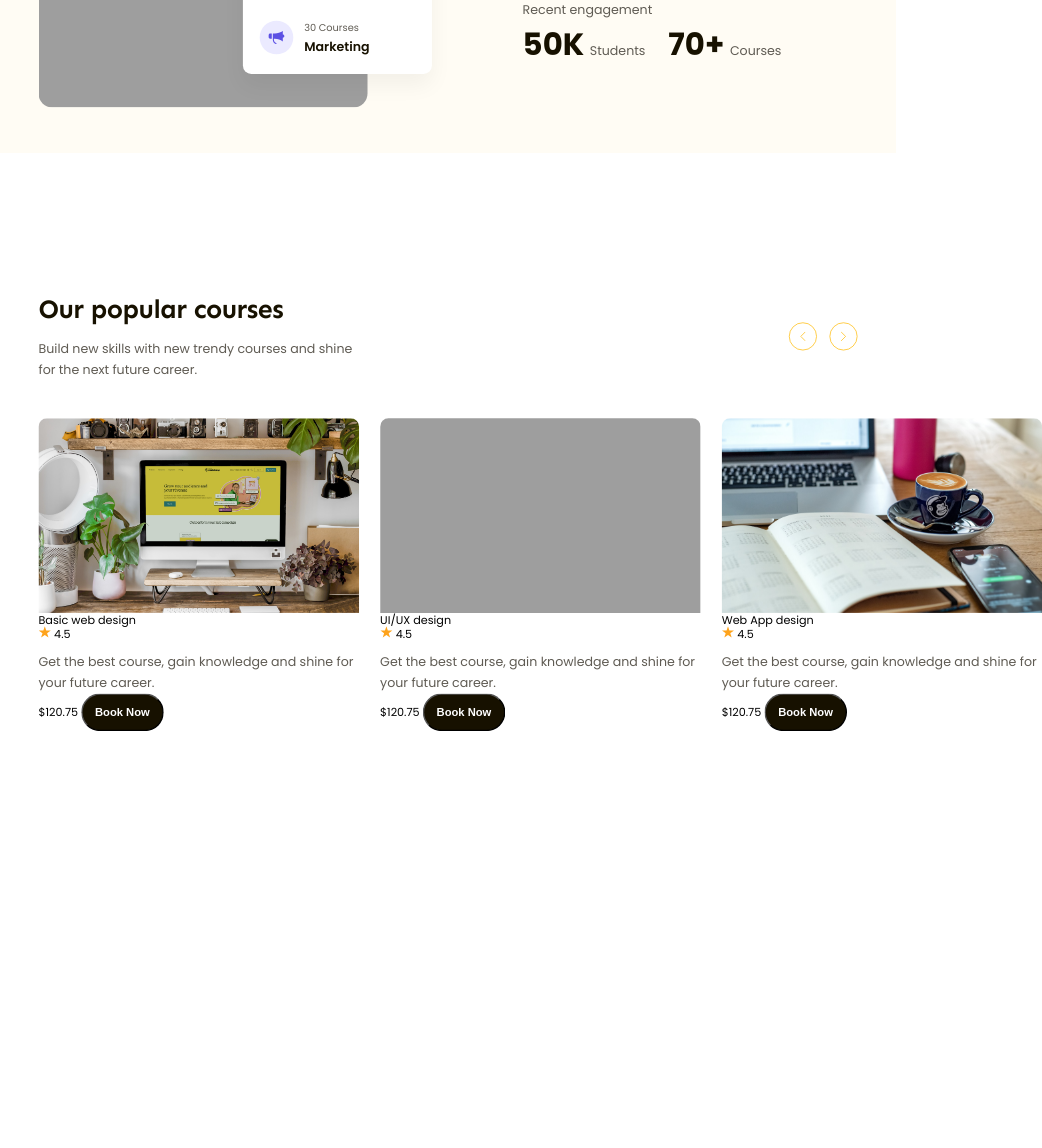
Repository: dovanlanh/f8-project-02
Page: index.html
These files come from the project's save history. The page is drawn as it stood at one moment and after the next save; the edit follows.
The browser window is 1280 px wide. The page is 1489 px wide, then 1429 px, then 1489 px, so the pictures cover 1489 px, including what lies to the right of the window. The pictures show the part of the page from y = 682 to 2322 px (the page is 10000 px tall), at 70% of full size.
Pictures or frames that could not be fetched are drawn as grey boxes.

Above is the page before, as saved 2023-02-05 17:31:38.

### index.html
<!DOCTYPE html>
<html lang="en">
<head>
    <meta charset="UTF-8">
    <meta http-equiv="X-UA-Compatible" content="IE=edge">
    <meta name="viewport" content="width=device-width, initial-scale=1.0">
    <title>F8 Project 02</title>
    <!-- reset css -->
    <link rel="stylesheet" href="./assets/css/reset.css">
    <!-- embed fonts -->
    <link rel="preconnect" href="https://fonts.googleapis.com">
    <link rel="preconnect" href="https://fonts.gstatic.com" crossorigin>
    <link href="https://fonts.googleapis.com/css2?family=Poppins:ital,wght@0,400;0,500;0,600;0,700;1,400&family=Sen:wght@700&display=swap" rel="stylesheet">
    <!-- style -->
    <link rel="stylesheet" href="./assets/css/styles.css">
</head>
<body>
    <main style=" height: 10000px">
        <!-- header  -->
        <header class="header fixed">
            <div class="main-content">
                    <div class="body">
                        <!-- logo -->
                        <img src="./assets/img/Lesson.svg" alt="Lesson" class="Logo">
                        <!-- nav -->
                        <nav class="nav">
                            <ul>
                                <li class="active">
                                    <a href="#!">Home</a>
                                </li>
                                <li>
                                    <a href="#!">Courses</a>
                                </li>
                                <li>
                                    <a href="#!">Pricing</a>
                                </li>
                                <li>
                                    <a href="#!">Reviews</a>
                                </li>
                            </ul>
                        </nav>
                        <!-- active -->
                        <div class="action">
                            <a href="#!" class="btn sign-up-btn">Sign Up</a>
                        </div>
                    </div>
            </div>
        </header>
        <!-- Hero -->
        <div class="hero">
            <div class="main-content">
                <div class="body">
                    <!-- Hero left -->
                    <div class="media-block">
                        <img src="./assets/img/guy-lesson.svg" alt="" class="img">
                        <div class="hero-summary">
                            <div class="item">
                                <div class="icon">
                                    <img src="./assets/img/list-icon1.svg" alt="">
                                </div>
                                <div class="info">
                                    <p class="label">20 Courses</p>
                                    <p class="tittle">UI/UX Design</p>
                                </div>
                            </div>
                            <div class="item">
                                <div class="icon">
                                    <img src="./assets/img/list-icon2.svg" alt="">
                                </div>
                                <div class="info">
                                    <p class="label">20 Courses</p>
                                    <p class="tittle">Development</p>
                                </div>
                            </div>
                            <div class="item">
                                <div class="icon">
                                    <img src="./assets/img/list-icon3.svg" alt="">
                                </div>
                                <div class="info">
                                    <p class="label">30 Courses</p>
                                    <p class="tittle">Marketing</p>
                                </div>
                            </div>
                        </div>
                    </div>
                    <!-- hero-right -->
                    <div class="content-block">
                        <h1 class="heading lv1">Learn without limits and spread knowledge.</h1>
                        <p class="desc">
                            Build new skills for that “this is my year” feeling with courses, certificates, and degrees from world-class universities and companies.
                        </p>
                            <div class="cta-group">
                                <a href="#!" class="btn hero-cta">See Courses</a>
                                <button class="watch-video">
                                    <div class="icon">
                                        <img src="./assets/img/icon-watch-video.svg" alt="">
                                    </div>
                                    <span>Watch Video</span>
                                </button>
                            </div>
                        <p class="desc">Recent engagement</p>
                        <div class="desc stats">
                            <strong>50K</strong>Students
                            <strong>70+</strong>Courses
                        </div>
                    </div>
                </div>
            </div>
        </div>
        <!-- Popular -->
        <div class="popular">
            <div class="main-content">
                <!-- popular top -->
                <div class="popular-top">
                    <div class="info">
                        <h2 class="heading lv2">Our popular courses</h2>
                        <p class="desc">Build new skills with new trendy courses and shine for the next future career.</p>
                    </div>
                    <div class="controls">
                        <button class="control-btn">
                            <svg width="8" height="14" viewBox="0 0 8 14" fill="none" xmlns="http://www.w3.org/2000/svg">
                                <path d="M7 1L1 7L7 13" stroke="currentColor" stroke-linecap="round" stroke-linejoin="round"/>
                            </svg>
                        </button>
                        <button class="control-btn">
                            <svg width="8" height="14" viewBox="0 0 8 14" fill="none" xmlns="http://www.w3.org/2000/svg">
                                <path d="M1 1L7 7L1 13" stroke="currentColor" stroke-linecap="round" stroke-linejoin="round"/>
                            </svg>
                        </button>
                    </div>
                </div>
                <!-- popular-bottom -->
                <div class="course-list">
                    <!-- course item 1 -->
                    <div class="course-item">
                        <img src="./assets/img/img-popular/course1.jpg" alt="Basic web design" class="thumb">
                        <div class="info">
                            <div class="head">
                                <h3 class="tittle">Basic web design</h3>
                                <div class="rating">
                                    <img src="./assets/img/Star.svg" alt="star" class="star">
                                    <span class="value">4.5</span>
                                </div>
                            </div>
                            <p class="desc">Get the best course, gain knowledge and shine for your future career.</p>
                            <div class="foot">
                                <span class="price">$120.75</span>
                                <button class="btn">Book Now</button>
                            </div>
                        </div>
                    </div>
                    <!-- course item 1 -->
                    <div class="course-item">
                        <img src="./assets/img/img-popular/course2.jpg" alt="UI/UX design" class="thumb">
                        <div class="info">
                            <div class="head">
                                <h3 class="tittle">UI/UX design</h3>
                                <div class="rating">
                                    <img src="./assets/img/Star.svg" alt="star" class="star">
                                    <span class="value">4.5</span>
                                </div>
                            </div>
                            <p class="desc">Get the best course, gain knowledge and shine for your future career.</p>
                            <div class="foot">
                                <span class="price">$120.75</span>
                                <button class="btn">Book Now</button>
                            </div>
                        </div>
                    </div>
                    <!-- course item 1 -->
                    <div class="course-item">
                        <img src="./assets/img/img-popular/course3.jpg" alt="Web App design" class="thumb">
                        <div class="info">
                            <div class="head">
                                <h3 class="tittle">Web App design</h3>
                                <div class="rating">
                                    <img src="./assets/img/Star.svg" alt="star" class="star">
                                    <span class="value">4.5</span>
                                </div>
                            </div>
                            <p class="desc">Get the best course, gain knowledge and shine for your future career.</p>
                            <div class="foot">
                                <span class="price">$120.75</span>
                                <button class="btn">Book Now</button>
                            </div>
                        </div>
                    </div>
                </div>
            </div>
        </div>

    </main>
</body>
</html>

### assets/css/styles.css
* {
    box-sizing: border-box;
}
:root {
    --font-heading: sen, sans-serif;
    --primary-color:#FFB900;
}
html,
body {
    scroll-behavior: smooth;
    font-size: 62.5%;
}

html {
    font-size: 62.5%;
}

body {
    font-size: 1.6rem;
    font-family: 'Poppins', sans-serif;
}

/* common */
.heading {
    font-family: var(--font-heading);
    font-weight: 700;
    letter-spacing: -0.02em;
    color: #171100;
}
a {
    text-decoration: none;
}
.main-content {
    width: 1170px;
    max-width: calc(100% - 48px);
    margin-left: auto;
    margin-right: auto;
}
.btn {
    min-width: 118px;
    display: inline-block;
    padding: 0 16px;
    align-items: center;
    line-height: 50px;
    font-weight: 600;
    font-size: 1.6rem;
    text-align: center;
    color: #FFFFFF;
    background: #171100;
    border-radius: 999px;
}
.btn:hover {
    opacity: 0.9;
}
/* header */
.header {
    background:#FFFCF4;
}
.header.fixed {
    position: sticky;
    top: -32px;
    z-index: 1;
}
.header .body {
    display: flex;
    align-items: center;
    padding: 36px 0 8px;
}
.nav ul {
    display: flex;
}

.nav {
    margin-left: auto;
}
.nav a {
    position: relative;
    padding: 8px 21px;
    font-weight: 400;
    font-size: 1.6rem;
    color: #5F5B53;
}
.nav a:hover,
.nav li.active a {
    text-shadow: 1px 0 0 currentColor;
    color: #171100;
}
.nav li.active a::after {
    left: 21px;
    bottom: 6px;
    display: block;
    content: "";
    position: absolute;
    width: 12px;
    height: 2px;
    background: #171100;
    border-radius: 1px;
}
.header .sign-up-btn {
    min-width: 144px;
}
.header .action {
    margin-left: 49px;
}

/* hero */
.hero {
    padding: 56px 0 65px;
    background:#FFFCF4;
}
.hero .body {
    display: flex;
}
/* hero left */
.hero .media-block {
    width: 48%;
    position: relative;
}

.hero .media-block .img {
    width: 470px;
    height: 685px;
    object-fit: cover;
    border-radius: 20px;
    display: block;
}
.hero .media-block .hero-summary {
    position: absolute;
    right: 0;
    bottom: 48px;
}
.hero .hero-summary {
    width: 270px;
    padding: 24px;
    background: #FFFFFF;
    box-shadow: 0px 16px 32px rgba(0, 0, 0, 0.05);
    border-radius: 12px;
}
.hero-summary .item {
    display: flex;
    align-items: center;
}
.hero-summary .icon {
    width: 48px;
    height: 48px;
    border-radius: 50%;
    display: flex;
    align-items: center;
    justify-content: center;
    background: #FFF9E8;
}
.hero-summary .info {
    margin-left: 16px;
}
.hero-summary .label {
    font-weight: 400;
    font-size: 1.4rem;
    line-height: 1.86;
    color: #5F5B53;
}
.hero-summary .tittle {
    font-weight: 600;
    font-size: 1.8rem;
    line-height: 1.67;
    color: #171100;
}
.hero-summary .item + .item {
    margin-top: 22px;
}
.hero-summary .item:nth-of-type(2) .icon {
    background: #FCEFFF;
}
.hero-summary .item:nth-of-type(3) .icon {
    background: #EBEAFF;
}
/* hero right */
.hero .content-block {
    width: 52%;
    padding: 64px 0 0 130px;
}
.hero .content-block .heading.lv1 {
    font-size: 5.8rem;
    line-height: 1.17;
}
.content-block .desc {
    margin-top: 22px;
    font-weight: 400;
    font-size: 1.8rem;
    line-height: 1.67;
    color: #5F5B53;
}
.content-block .cta-group {
    margin: 38px 0 48px;
}
.content-block .cta-group .hero-cta{
    min-width: 180px;
    background-color: var(--primary-color);
    line-height: 64px;
}
.content-block .cta-group {
    display: flex;
    align-items: center;
}
.hero .watch-video {
    margin-left: 28px;
    display: flex;
    align-items: center;
    border: none;
    background: transparent;
    cursor: pointer;

}
.cta-group span {
    font-family: 'poppins', sans-serif;
    margin-left: 14px;
    font-weight: 600;
    font-size: 1.8rem;
    line-height: 1.67;
    color: #171100;
}
.hero .watch-video .icon {
    display: flex;
    align-items: center;
    justify-content: center;
    width: 40px;
    height: 40px;
    background: #FFFFFF;
    box-shadow: 0px 8px 16px rgba(0, 0, 0, 0.07);
    border-radius: 50%;
    cursor: pointer;
}
.hero .watch-video .icon:hover {
    background: orange;
    opacity: 0.5;
}
.hero .stats {
    margin: 8px 0 0 -28px;

}
.hero .stats strong {
    --font-heading: sen, sans-serif;
    padding: 0 8px 0 28px;
    font-weight: 700;
    font-size: 4.4rem;
    line-height: 1.23;
    color: #171100;
}
/* popular */
.popular {
    padding: 65px 0;
    margin-top: 135px;
}
.popular .heading.lv2 {
    font-size: 3.8rem;
    line-height: 1.26;
}
.popular .desc {
    margin-top: 16px;
    width: 458px;
    font-weight: 400;
    font-size: 1.8rem;
    line-height: 1.67;
    color: #5F5B53;
}
.popular .popular-top {
    display: flex;
    justify-content: space-between;
    align-items: center;
}
.popular-top .controls {
    display: flex;
    gap: 18px;
}
.popular-top .control-btn {
    display: flex;
    align-items: center;
    justify-content: center;
    width: 40px;
    height: 40px;
    color: var(--primary-color);
    border: 1px solid var(--primary-color);
    border-radius: 50%;
    background: transparent;
}
.popular-top .control-btn:hover {
    color: #fff;
    background: var(--primary-color);
    cursor: pointer;
}
/* Course list */
.popular .course-list {
    display: flex;
    gap: 30px;
    margin-top: 55px;
}
.popular .course-item {
    flex: 1;
}
.popular .course-item .thumb {
    width: 100%;
    height: 278px;
    object-fit: cover;
    border-radius: 12px 12px 0px 0px;
}

Loaded but not shown: assets/css/reset.css (common file)

After the next save:
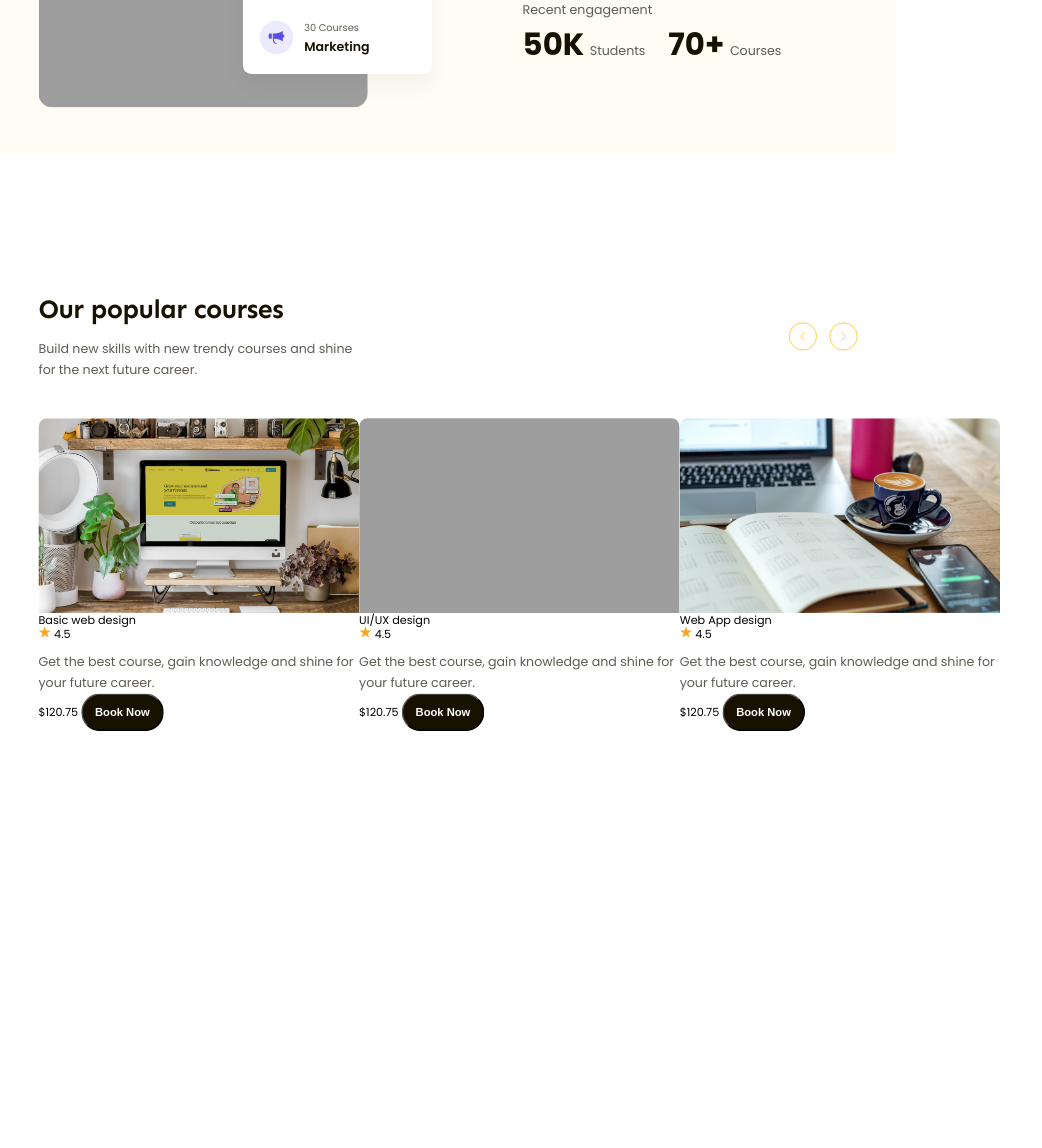
Saved 8 min 51 s later.
--- a/assets/css/styles.css
+++ b/assets/css/styles.css
@@ -290,7 +290,7 @@
 /* Course list */
 .popular .course-list {
     display: flex;
-    gap: 30px;
+    /* gap: 30px; */
     margin-top: 55px;
 }
 .popular .course-item {

After the save that followed:
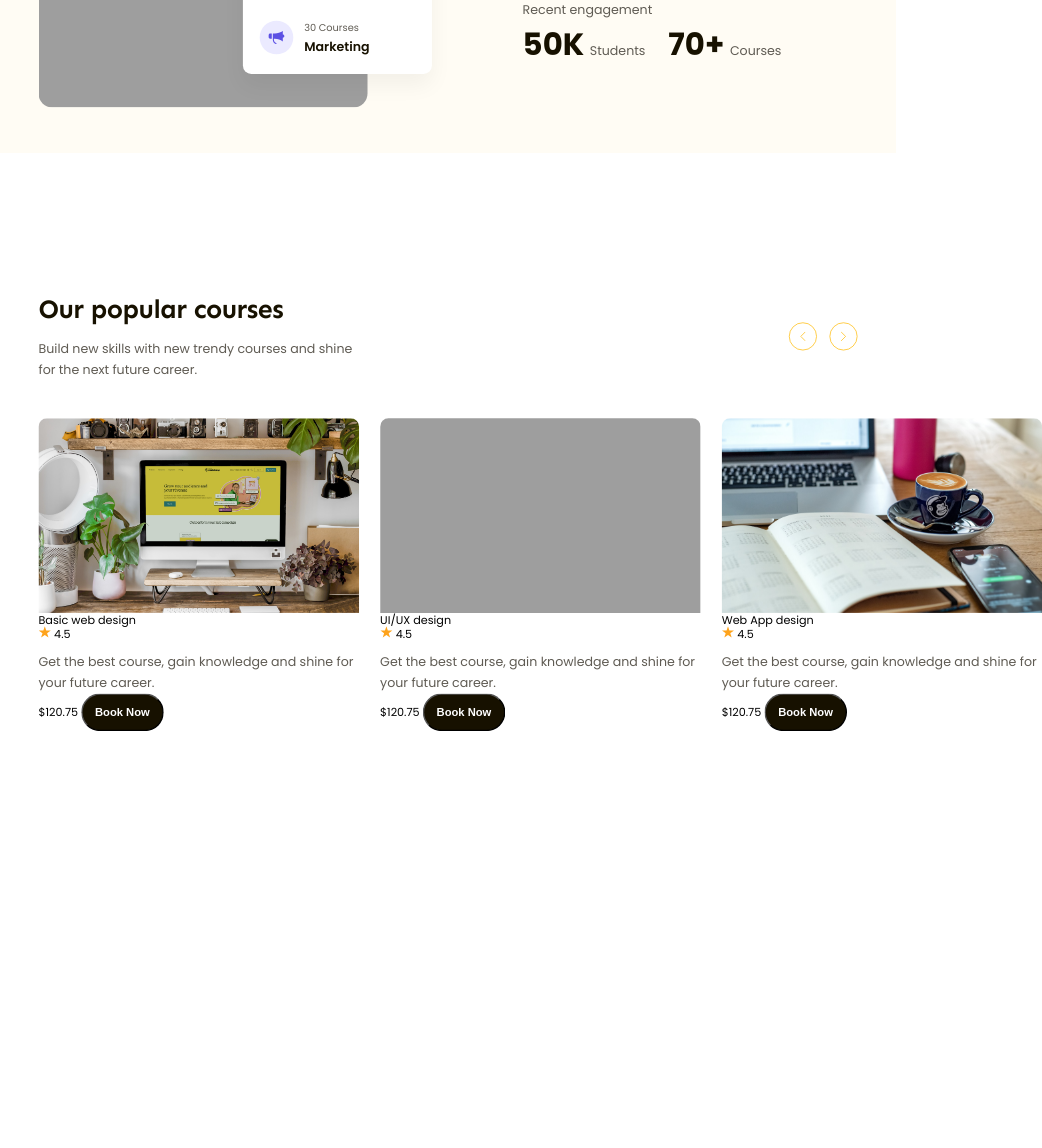
Saved 11 s later.
--- a/assets/css/styles.css
+++ b/assets/css/styles.css
@@ -290,7 +290,7 @@
 /* Course list */
 .popular .course-list {
     display: flex;
-    /* gap: 30px; */
+    gap: 30px;
     margin-top: 55px;
 }
 .popular .course-item {
